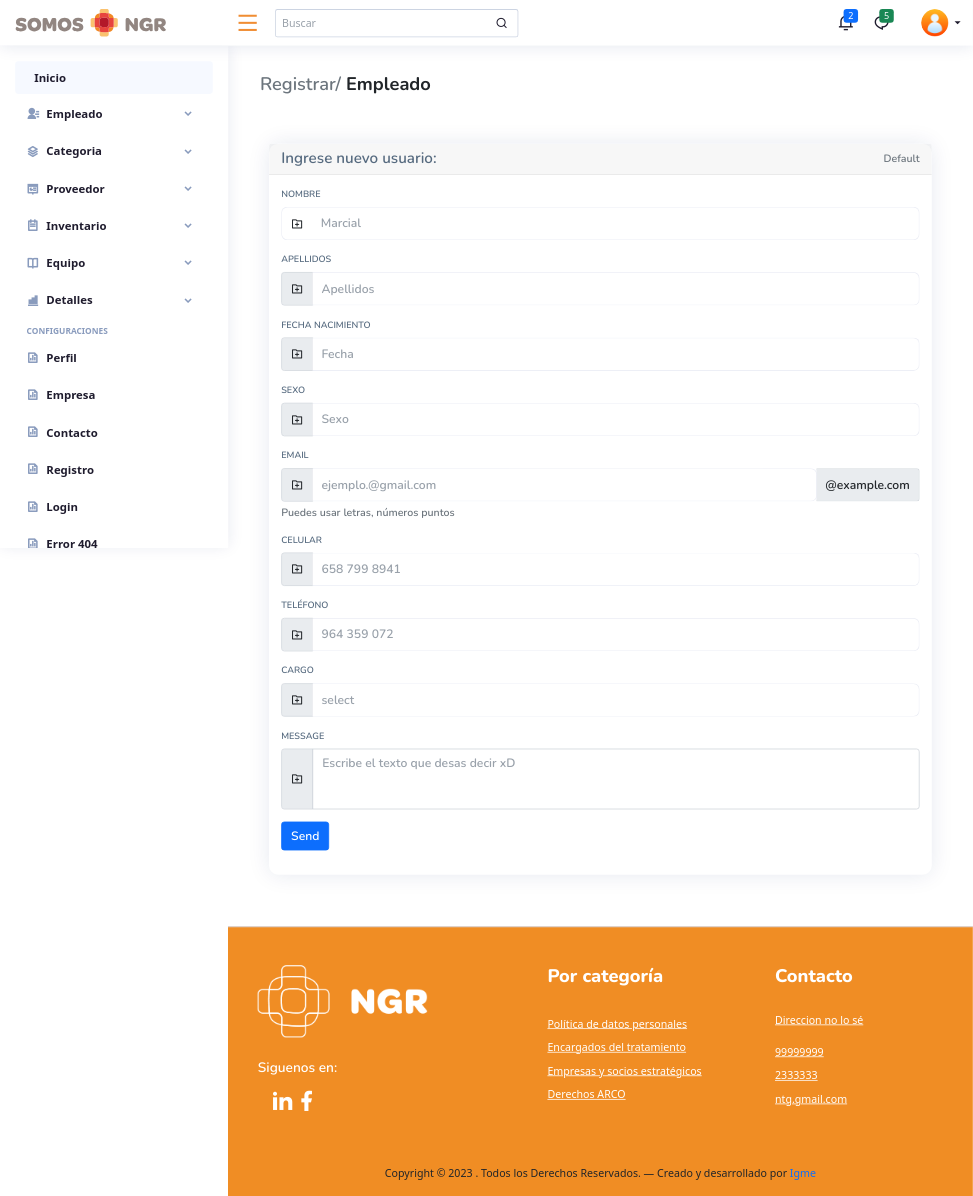
Repository: igmeMarcial/ProyectoLP-2023
Page: http://localhost/proyectoLP_2023/RegistrarEmpleado.jsp
These files come from the project's save history. The page is drawn as it stood at one moment and after the next save; the edit follows.
The browser window is 1280 px wide. The pictures show the whole page, at 76% of full size.
Some web fonts or font styles are not loaded; a fallback is used. The page is served by Tomcat 9. The template is opened directly, without the code that normally fills it, so the values that code supplies are empty.

Above is the page before, as saved 2023-03-23 04:28:35.

After the next save:
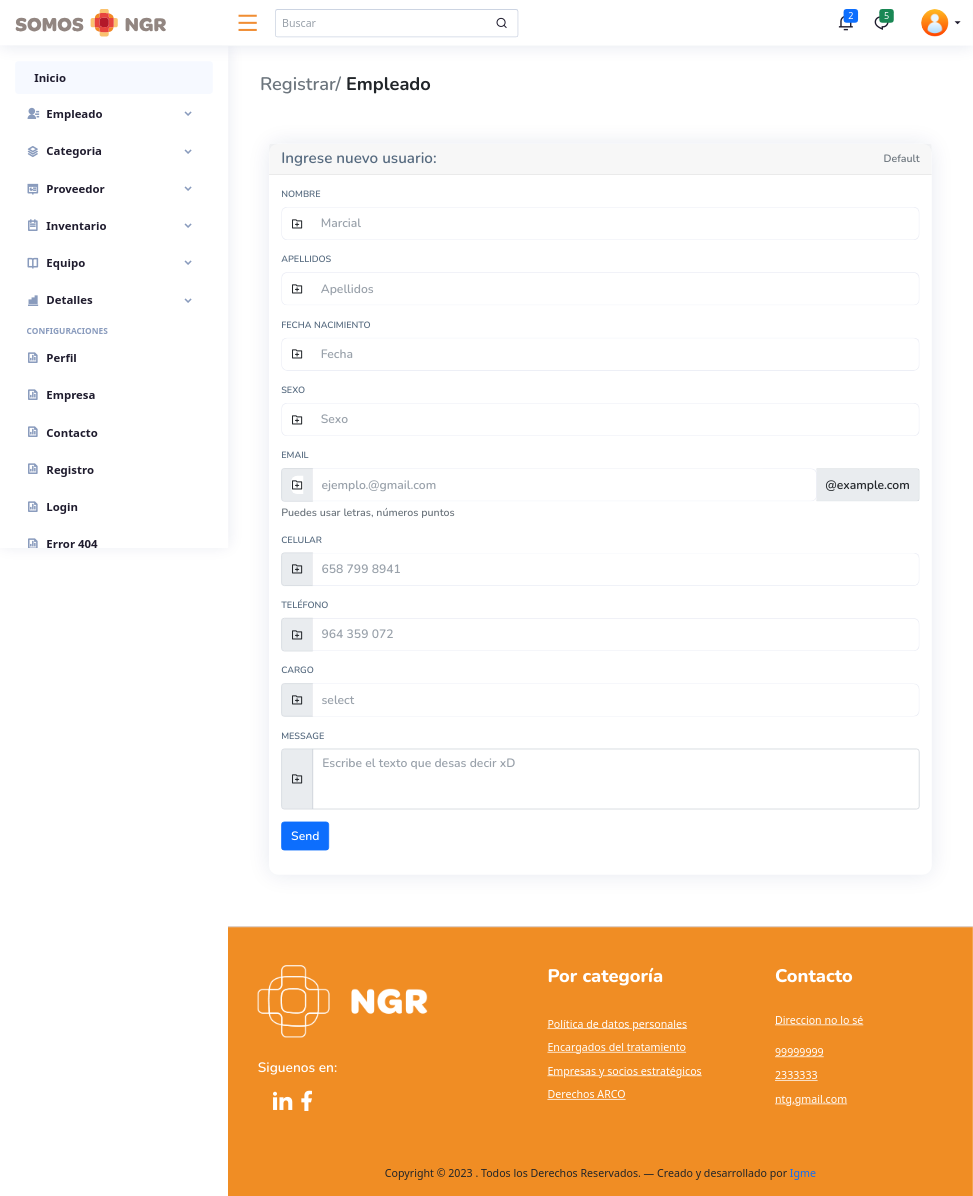
Saved 12 min 36 s later.
--- a/proyectoLP_2023/WebContent/RegistrarEmpleado.jsp
+++ b/proyectoLP_2023/WebContent/RegistrarEmpleado.jsp
@@ -313,56 +313,56 @@
 									<div class="mb-3">
 										<label class="form-label" for="basic-icon-default-fullname">Apellidos</label>
 										<div class="input-group input-group-merge">
-											<span id="basic-icon-default-fullname2" class="input-group-text"><i class="ri-folder-add-line"></i></span>
+											<span id="basic-icon-default-fullname2" class="input-group-text labelCustom"><i class="ri-folder-add-line"></i></span>
 											<input type="text" class="form-control inputCustom" id="basic-icon-default-fullname" placeholder="Apellidos" aria-label="apellido" aria-describedby="basic-icon-default-fullname2" />
 										</div>
 									</div>
 									<div class="mb-3">
 										<label class="form-label" for="basic-icon-default-company">Fecha Nacimiento</label>
 										<div class="input-group input-group-merge">
-											<span id="basic-icon-default-company2" class="input-group-text"><i class="ri-folder-add-line"></i></span>
+											<span id="basic-icon-default-company2" class="input-group-text labelCustom" ><i class="ri-folder-add-line"></i></span>
 											<input type="text" id="basic-icon-default-company" class="form-control inputCustom" placeholder="Fecha" aria-label="ACME Inc." aria-describedby="basic-icon-default-company2" />
 										</div>
 									</div>
 									<div class="mb-3">
 										<label class="form-label" for="basic-icon-default-company">Sexo</label>
 										<div class="input-group input-group-merge">
-											<span id="basic-icon-default-company2" class="input-group-text"><i class="ri-folder-add-line"></i></span>
+											<span id="basic-icon-default-company2" class="input-group-text labelCustom"><i class="ri-folder-add-line"></i></span>
 											<input type="text" id="basic-icon-default-company" class="form-control inputCustom" placeholder="Sexo" aria-label="ACME Inc." aria-describedby="basic-icon-default-company2" />
 										</div>
 									</div>
 									<div class="mb-3">
 										<label class="form-label" for="basic-icon-default-email">Email</label>
 										<div class="input-group input-group-merge">
-											<span class="input-group-text"><i class="ri-folder-add-line"></i></span>
+											<span class="input-group-text"><i class="ri-folder-add-line labelCustom"></i></span>
 											<input type="text" id="basic-icon-default-email" class="form-control inputCustom" placeholder="ejemplo.@gmail.com" aria-label="john.doe" aria-describedby="basic-icon-default-email2" />
 											<span id="basic-icon-default-email2" class="input-group-text">@example.com</span>
 										</div>
 										<div class="form-text">Puedes usar letras, números puntos</div>
 									</div>
 									<div class="mb-3">
-										<label class="form-label" for="basic-icon-default-phone">Celular</label>
+										<label class="form-label" for="basic-icon-default-phone labelCustom" >Celular</label>
 										<div class="input-group input-group-merge">
 											<span id="basic-icon-default-phone2" class="input-group-text"><i class="ri-folder-add-line"></i></span>
 											<input type="text" id="basic-icon-default-phone" class="form-control phone-mask inputCustom" placeholder="658 799 8941" aria-label="658 799 8941" aria-describedby="basic-icon-default-phone2" />
 										</div>
 									</div>
 									<div class="mb-3">
-										<label class="form-label" for="basic-icon-default-phone">Teléfono</label>
+										<label class="form-label" for="basic-icon-default-phone labelCustom">Teléfono</label>
 										<div class="input-group input-group-merge">
 											<span id="basic-icon-default-phone2" class="input-group-text"><i class="ri-folder-add-line"></i></span>
 											<input type="text" id="basic-icon-default-phone" class="form-control phone-mask inputCustom" placeholder="964 359 072" aria-label="658 799 8941" aria-describedby="basic-icon-default-phone2" />
 										</div>
 									</div>
 									<div class="mb-3">
-										<label class="form-label" for="basic-icon-default-phone">Cargo</label>
+										<label class="form-label" for="basic-icon-default-phone labelCustom">Cargo</label>
 										<div class="input-group input-group-merge">
 											<span id="basic-icon-default-phone2" class="input-group-text"><i class="ri-folder-add-line"></i></span>
 											<input type="text" id="basic-icon-default-phone" class="form-control phone-mask inputCustom" placeholder="select" aria-label="658 799 8941" aria-describedby="basic-icon-default-phone2" />
 										</div>
 									</div>
 									<div class="mb-3">
-										<label class="form-label" for="basic-icon-default-message">Message</label>
+										<label class="form-label" for="basic-icon-default-message labelCustom">Message</label>
 										<div class="input-group input-group-merge">
 											<span id="basic-icon-default-message2" class="input-group-text"><i class="ri-folder-add-line"></i></span>
 											<textarea
